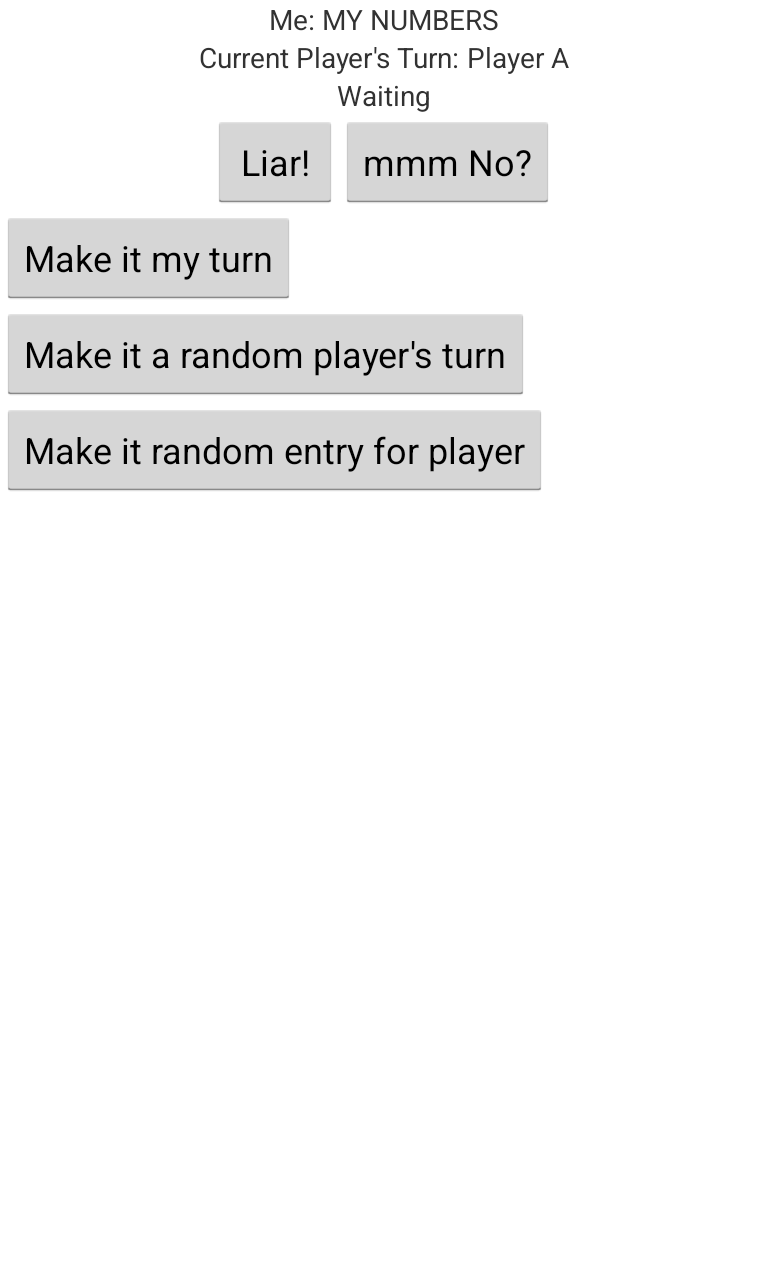
Repository: RayyLim/LiarPoker
Layout: LiarPoker/res/layout/gameroom_main.xml
The author's editor kept a copy of each file at every save. The layout is drawn from the files as they stood at one save, then again after the next save.
It is drawn on a 768 x 1280 px phone screen (xhdpi) without system bars, with theme AppTheme; the app's code is not run.

Above is the layout before, as saved 2012-07-22 07:05:21.

After the next save:
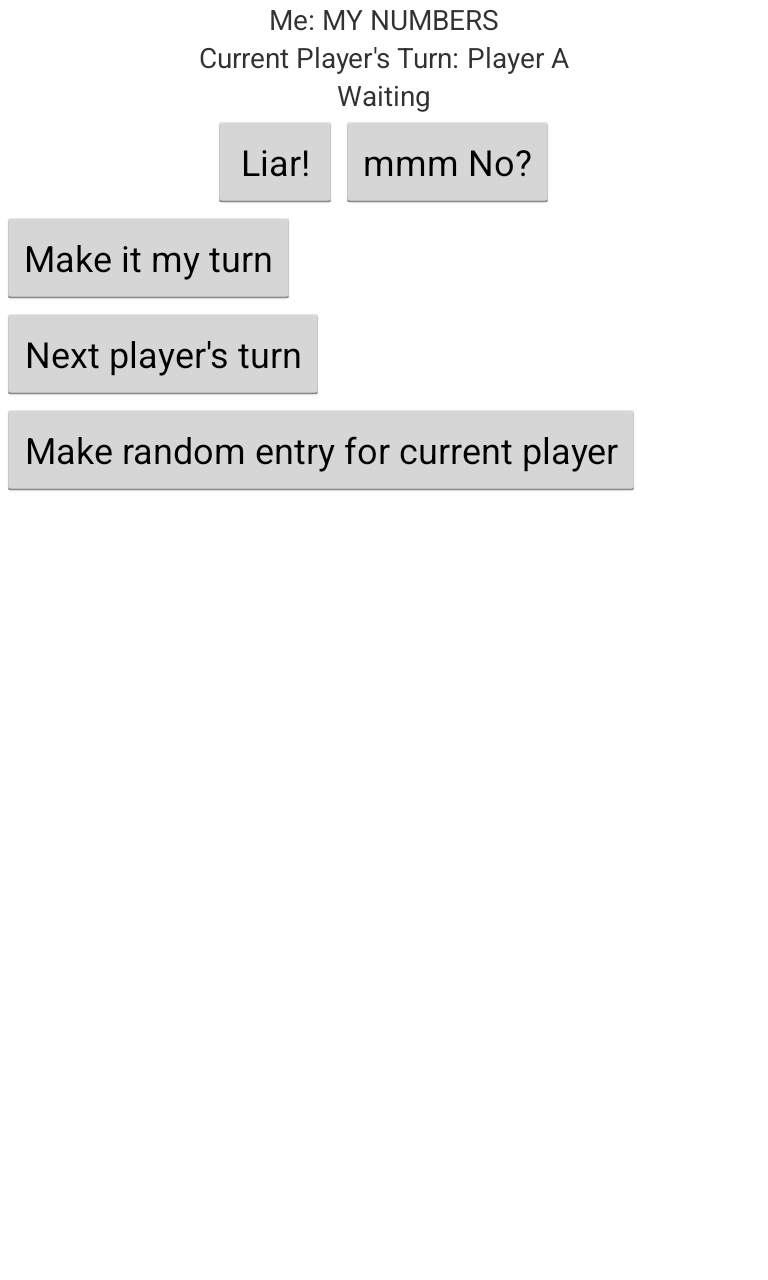
Saved 87 s later.
--- a/LiarPoker/res/layout/gameroom_main.xml
+++ b/LiarPoker/res/layout/gameroom_main.xml
@@ -59,16 +59,19 @@
 			    android:text="Make it my turn" />
 
 			<Button
-			    android:id="@+id/testRandomPlayerTurn"
+			    android:id="@+id/testNextPlayerTurn"
 			    android:layout_width="wrap_content"
 			    android:layout_height="wrap_content"
-			    android:text="Make it a random player's turn" />
+			    android:text="Next player's turn"
+			    android:onClick="fakeNewCurrentPlayer"
+			    />
+
 
 						<Button
 			    android:id="@+id/testRandomEntryForPlayer"
 			    android:layout_width="wrap_content"
 			    android:layout_height="wrap_content"
-			    android:text="Make it random entry for player"
+			    android:text="Make random entry for current player"
 			    android:onClick="fakeRandomCurrentPlayerHas"/>
 
 </LinearLayout>
